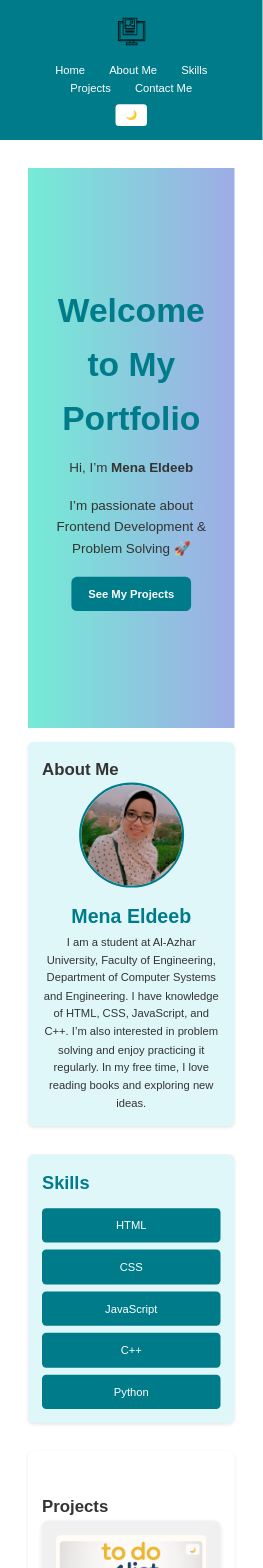
Repository: MenaEldeeb/My-Portfolio
Page: index.html
An editor plug-in stored every save of this project. The page is shown before and after the next save, followed by the edit.
The browser window is 375 px wide. The pictures show the part of the page from y = 0 to 2240 px (the page is 3861 px tall before and 3780 px after), at 70% of full size.

Above is the page before, as saved 2025-08-27 22:29:00.

### index.html
<!DOCTYPE html>
<html lang="en">
<head>
<!DOCTYPE html>
<html lang="en">
<head>
  <meta charset="UTF-8" />
  <meta name="viewport" content="width=device-width, initial-scale=1.0" />
  <title>My Portfolio</title>
  <link rel="stylesheet" href="CSS/style.css">

  <!-- Font Awesome -->
  <link rel="stylesheet" href="https://cdnjs.cloudflare.com/ajax/libs/font-awesome/6.5.0/css/all.min.css" integrity="sha512-4Ff3z3OaVjJ7QoKwcB0hX3CUpi+LbGgxu43XaQ8hRIZL9qu0pLZpKZyZL6nVjQzD2R1Fz+0RyjK1nWc5HklzFg==" crossorigin="anonymous" referrerpolicy="no-referrer" />
</head>

<body>
  <div id="container">

    <!-- Header -->
    <header id="hd">
      <div class="logo">
        <img src="images/logo.png" alt="Logo" />
      </div>

      <nav class="nav-text">
        <a href="#home">Home</a>
        <a href="#about">About Me</a>
        <a href="#skills">Skills</a>
        <a href="#projects">Projects</a>
        <a href="#contact">Contact Me</a>
      </nav>

      <button id="theme-toggle">🌙</button>
    </header>

    <!-- Sidebar -->
    <!-- <aside id="sd">
      <nav class="icon-nav">
        <a href="#home" title="Home"><i class="fas fa-home"></i></a>
        <a href="#about" title="About Me"><i class="fas fa-user"></i></a>
        <a href="#skills" title="Skills"><i class="fas fa-laptop-code"></i></a>
        <a href="#projects" title="Projects"><i class="fas fa-folder-open"></i></a>
        <a href="#contact" title="Contact Me"><i class="fas fa-envelope"></i></a>
      </nav> -->
    </aside>

    <!-- Main Content -->
    <main id="mn">

      <!-- Home -->
      <section id="home">
        <div class="home-content">
          <h1>Welcome to My Portfolio</h1>
          <p>Hi, I’m <strong>Mena Eldeeb</strong></p>
          <p>I’m passionate about Frontend Development & Problem Solving 🚀</p>
          <a href="#projects" class="btn">See My Projects</a>
        </div>
      </section>

      <!-- About Me -->
      <section id="about">
        <h2>About Me</h2>
        <div class="about-content">
          <img src="images/Mena.jpg" alt="Profile picture of Mena Eldeeb" class="profile-img" />
          <div>
            <h1 class="my-name">Mena Eldeeb</h1>
            <p>
              I am a student at Al-Azhar University, Faculty of Engineering, Department of Computer Systems and Engineering.
              I have knowledge of HTML, CSS, JavaScript, and C++. I’m also interested in problem solving and enjoy practicing it regularly.
              In my free time, I love reading books and exploring new ideas.
            </p>
          </div>
        </div>
      </section>

      <!-- Skills -->
      <section id="skills">
        <h2>Skills</h2>
        <ul>
          <li>HTML</li>
          <li>CSS</li>
          <li>JavaScript</li>
          <li>C++</li>
          <li>Python</li>
        </ul>
      </section>

      <!-- Projects -->
      <section id="projects">
        <h2>Projects</h2>
        <div class="projects-container">
          <div class="project-card">
            <img src="images/Screenshot (357).png" alt="To-do List Screenshot">
            <h3>To-do List</h3>
            <p>A simple to-do list app with HTML, CSS, and JavaScript.</p>
            <a href="https://github.com/MenaEldeeb/To-Do-Iist.git" target="_blank">View on GitHub</a>
          </div>
          <div class="project-card">
            <img src="images/Screenshot (355).png" alt="Fokir Template Screenshot">
            <h3>Fokir</h3>
            <p>A fully responsive template built with HTML, CSS, and JavaScript.</p>
            <a href="https://github.com/MenaEldeeb/fokir.git" target="_blank">View on GitHub</a>
          </div>
          <div class="project-card">
            <img src="images/Screenshot (356).png" alt="To-do List Screenshot">
            <h3>Bakery Engage</h3>
            <p>A simple app with HTML, CSS,</p>
            <a href=" https://github.com/MenaEldeeb/task4.git" target="_blank">View on GitHub</a>
          </div>

        </div>
      </section>

      <!-- Contact Me -->
      <section id="contact">
        <h2>Contact Me</h2>
        <form id="contact-form" method="POST" action="https://formsubmit.co/menaeldeeb98@gmail.com">
          <input type="hidden" name="_captcha" value="false" />

          <label for="name">Name</label>
          <input type="text" id="name" name="name" placeholder="Your Name" required />

          <label for="email">Email</label>
          <input type="email" id="email" name="email" placeholder="Your Email" required />

          <label for="message">Message</label>
          <textarea id="message" name="message" placeholder="Your Message" rows="5" required></textarea>

          <button type="submit">Send</button>
        </form>
        <p id="form-status" style="display:none;"></p>
      </section>
    </main>

    <!-- Footer -->
    <footer id="ft">
      &copy; 2025 Mena Eldeeb. All rights reserved.
    </footer>
  </div>

  <script src="JS/main.js"></script>
</body>
</html>

### CSS/style.css
/* ========== Reset ========== */
* {
  margin: 0;
  padding: 0;
  box-sizing: border-box;
}

/* ========== Global Styles ========== */
body {
  font-family: 'Poppins', sans-serif;
  background-color: #f5f7fa;
  color: #333;
  line-height: 1.6;
}

/* ========== Home Section ========== */
#home {
  height: 100vh;
  display: flex;
  justify-content: center;
  align-items: center;
  text-align: center;
  background: linear-gradient(to right, #74ebd5, #9face6);
  color: #333;
  padding: 20px;
  margin-bottom: 20px;
}
#home h1 {
  font-size: 3rem;
  margin-bottom: 1rem;
  color: #007b8a;
}
#home p {
  font-size: 1.2rem;
  margin-bottom: 1.5rem;
}
#home .btn {
  display: inline-block;
  padding: 12px 24px;
  background: #007b8a;
  color: #fff;
  border-radius: 8px;
  text-decoration: none;
  font-weight: bold;
  transition: background 0.3s, transform 0.2s;
}
#home .btn:hover {
  background: #005f6b;
  transform: scale(1.05);
}

/* Dark Mode Home */
body.dark-mode #home {
  background: linear-gradient(to right, #1e1e1e, #333);
  color: #f1f1f1;
}
body.dark-mode #home h1 {
  color: #90caf9;
}

/* ========== Layout ========== */
#container {
  display: grid;
  grid-template-areas:
    "hd"
    "mn"
    "sd"
    "ft";
  grid-template-columns: 1fr;
  grid-template-rows: auto;
  min-height: 100vh;
}

/* ========== Header ========== */
#hd {
  grid-area: hd;
  background-color: #007b8a;
  color: white;
  display: flex;
  justify-content: space-between;
  align-items: center;
  flex-wrap: wrap;
  padding: 20px;
}
.logo img {
  height: 50px;
}
.nav-text a {
  color: white;
  text-decoration: none;
  margin: 0 15px;
  font-weight: 500;
  transition: color 0.3s;
}
#theme-toggle {
  background-color: white;
  color: #007b8a;
  border: none;
  padding: 8px 14px;
  border-radius: 5px;
  cursor: pointer;
  transition: background 0.3s;
}
#theme-toggle:hover {
  background-color: #eee;
}

/* ========== Sidebar ========== */
#sd {
  grid-area: sd;
  background-color: #ffe8b0;
  display: flex;
  justify-content: center;
  gap: 20px;
  padding: 20px;
  font-size: 20px;
}
.icon-nav a {
  color: #333;
  transition: color 0.3s;
}
.icon-nav a:hover {
  color: #007b8a;
}

/* ========== Main Content ========== */
#mn {
  grid-area: mn;
  padding: 30px 20px;
  background-color: #fff;
}

/* ========== Section Styling ========== */
#about, #skills, #projects, #contact {
  background-color: #e0f7fa;
  border-radius: 8px;
  padding: 20px;
  margin-bottom: 40px;
  box-shadow: 0 2px 5px rgba(0,0,0,0.1);
}
#contact { margin-bottom: 0; }

/* ========== About ========== */
.about-content {
  display: flex;
  gap: 20px;
  align-items: center;
  flex-wrap: wrap;
}
.profile-img {
  width: 150px;
  height: 150px;
  border-radius: 50%;
  object-fit: cover;
  border: 3px solid #007b8a;
}
.my-name {
  font-size: 28px;
  color: #007b8a;
}

/* ========== Skills ========== */
#skills h2 {
  font-size: 26px;
  margin-bottom: 15px;
  color: #007b8a;
}
#skills ul {
  display: grid;
  grid-template-columns: repeat(auto-fit, minmax(120px, 1fr));
  gap: 12px;
  padding: 0;
  list-style: none;
}
#skills li {
  background-color: #007b8a;
  color: white;
  padding: 12px 10px;
  border-radius: 6px;
  text-align: center;
  font-weight: 500;
  transition: transform 0.3s ease, background-color 0.3s ease;
}
#skills li:hover {
  background-color: #005f6b;
  transform: translateY(-4px);
}

/* ========== Projects ========== */
#projects {
  padding: 60px 20px;
  background-color: #fff;
}
.projects-container {
  display: grid;
  grid-template-columns: repeat(auto-fit, minmax(280px, 1fr));
  gap: 25px;
  max-width: 1100px;
  margin: 0 auto;
}
.project-card {
  background-color: #f0f0f0;
  padding: 20px;
  border-radius: 10px;
  box-shadow: 0 3px 8px rgba(0,0,0,0.1);
  text-align: center;
  transition: transform 0.3s ease, box-shadow 0.3s ease;
}
.project-card:hover {
  transform: translateY(-8px);
  box-shadow: 0 6px 14px rgba(0,0,0,0.2);
}
.project-card img {
  width: 100%;
  height: 200px;
  object-fit: cover;
  border-radius: 8px;
  margin-bottom: 15px;
  transition: transform 0.3s ease;
}
.project-card img:hover {
  transform: scale(1.05);
}
.project-card h3 {
  margin-bottom: 10px;
  font-size: 1.4rem;
  color: #007b8a;
}
.project-card p {
  font-size: 0.95rem;
  margin-bottom: 15px;
  color: #555;
}
.project-card a {
  display: inline-block;
  color: #007b8a;
  font-weight: bold;
  text-decoration: none;
  transition: color 0.3s ease;
}
.project-card a:hover {
  color: #005f6b;
  text-decoration: underline;
}

/* ========== Contact ========== */
#contact h2 {
  font-size: 26px;
  margin-bottom: 15px;
  color: #007b8a;
}
.contact-info p {
  margin-bottom: 5px;
  font-weight: 500;
}
form {
  margin-top: 20px;
}
form label {
  display: block;
  margin-bottom: 5px;
  font-weight: bold;
}
form input, form textarea {
  width: 100%;
  padding: 10px;
  margin-bottom: 10px;
  border: 1px solid #ccc;
  border-radius: 5px;
}
form button {
  background-color: #007b8a;
  color: white;
  padding: 10px 20px;
  border: none;
  border-radius: 4px;
  cursor: pointer;
}
form button:hover {
  background-color: #005f6b;
}

/* ========== Footer ========== */
#ft {
  grid-area: ft;
  background-color: #1e1e1e;
  color: white;
  text-align: center;
  padding: 15px 0;
}

/* ========== Dark Mode ========== */
body.dark-mode {
  background-color: #121212;
  color: #f1f1f1;
}
body.dark-mode #hd,
body.dark-mode #ft {
  background-color: #1e1e1e;
  color: #f1f1f1;
}
body.dark-mode #mn {
  background-color: #1a1a1a;
}
body.dark-mode #about,
body.dark-mode #skills,
body.dark-mode #projects,
body.dark-mode #contact {
  background-color: #2a2a2a;
  box-shadow: none;
}
body.dark-mode .project-card {
  background-color: #3a3a3a;
  box-shadow: 0 3px 8px rgba(0,0,0,0.6);
}
body.dark-mode .project-card h3,
body.dark-mode .project-card a {
  color: #90caf9;
}
body.dark-mode .project-card p {
  color: #ddd;
}
body.dark-mode #skills li {
  background-color: #555;
  color: #ddd;
}

/* ========== Responsive Design ========== */
/* Tablets (≤1023px) */
@media (max-width: 1023px) {
  #container {
    grid-template-areas:
      "hd"
      "sd"
      "mn"
      "ft";
    grid-template-columns: 1fr;
    grid-template-rows: auto auto 1fr auto;
  }
  #hd {
    padding: 20px 40px;
    flex-direction: column;
    text-align: center;
  }
  #sd {
    justify-content: flex-start;
    gap: 30px;
    font-size: 22px;
    padding: 20px 40px;
    flex-wrap: wrap;
  }
  #mn {
    padding: 40px 40px;
  }
  .projects-container {
    grid-template-columns: repeat(auto-fit, minmax(230px, 1fr));
    gap: 20px;
  }
  #skills ul {
    grid-template-columns: repeat(auto-fit, minmax(100px, 1fr));
  }
}

/* Mobile (≤600px) */
@media (max-width: 600px) {
  #hd {
    flex-direction: column;
    gap: 10px;
    text-align: center;
  }
  .about-content {
    flex-direction: column;
    text-align: center;
  }
  #skills ul {
    grid-template-columns: 1fr;
    gap: 10px;
  }
  #sd {
    flex-wrap: wrap;
    justify-content: center;
  }
  .projects-container {
    grid-template-columns: 1fr;
    gap: 15px;
  }
  .project-card img {
    height: 160px;
  }
  .project-card h3 {
    font-size: 1.2rem;
  }
  .project-card p {
    font-size: 0.9rem;
  }
}

### JS/main.js
document.addEventListener('DOMContentLoaded', () => {
    const toggleButton = document.getElementById('theme-toggle');
    const savedTheme = localStorage.getItem('theme');

    // Apply saved theme
    if (savedTheme === 'dark') {
        document.body.classList.add('dark-mode');
        toggleButton.textContent = '☀️';
    }

    // Toggle theme
    if (toggleButton) {
        toggleButton.addEventListener('click', () => {
            const isDark = document.body.classList.toggle('dark-mode');
            localStorage.setItem('theme', isDark ? 'dark' : 'light');
            toggleButton.textContent = isDark ? '☀️' : '🌙';
        });
    }

    // Smooth scroll for internal links
    document.querySelectorAll('a[href^="#"]').forEach(anchor => {
        anchor.addEventListener('click', function (e) {
            e.preventDefault();
            document.querySelector(this.getAttribute('href')).scrollIntoView({
                behavior: 'smooth'
            });
        });
    });
});

After the next save:
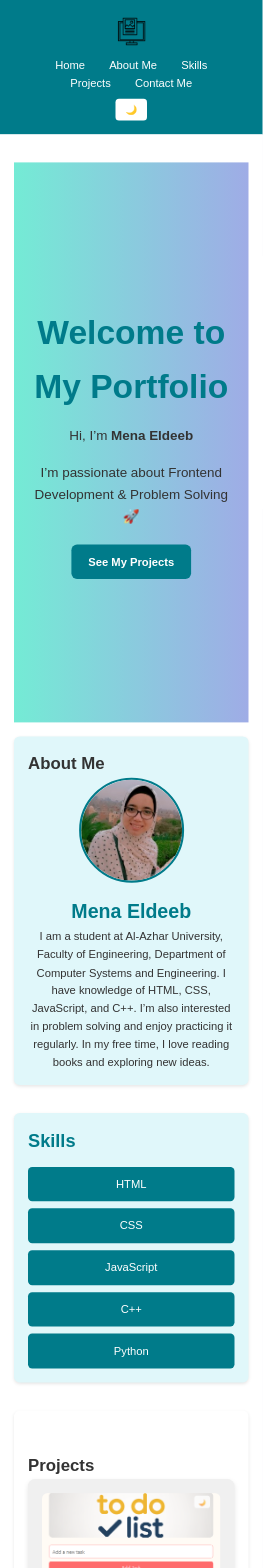
Saved 86 min 13 s later.
--- a/CSS/style.css
+++ b/CSS/style.css
@@ -11,6 +11,14 @@
   background-color: #f5f7fa;
   color: #333;
   line-height: 1.6;
+  overflow-x: hidden;
+}
+
+
+img {
+  max-width: 100%;
+  height: auto;
+  display: block;
 }
 
 /* ========== Home Section ========== */
@@ -346,11 +354,11 @@
     justify-content: flex-start;
     gap: 30px;
     font-size: 22px;
-    padding: 20px 40px;
+    padding: 20px 20px; /* قللت الـ padding يمين وشمال */
     flex-wrap: wrap;
   }
   #mn {
-    padding: 40px 40px;
+    padding: 40px 20px; /* قللت يمين وشمال */
   }
   .projects-container {
     grid-template-columns: repeat(auto-fit, minmax(230px, 1fr));
@@ -379,6 +387,7 @@
   #sd {
     flex-wrap: wrap;
     justify-content: center;
+    padding: 15px 10px;
   }
   .projects-container {
     grid-template-columns: 1fr;
